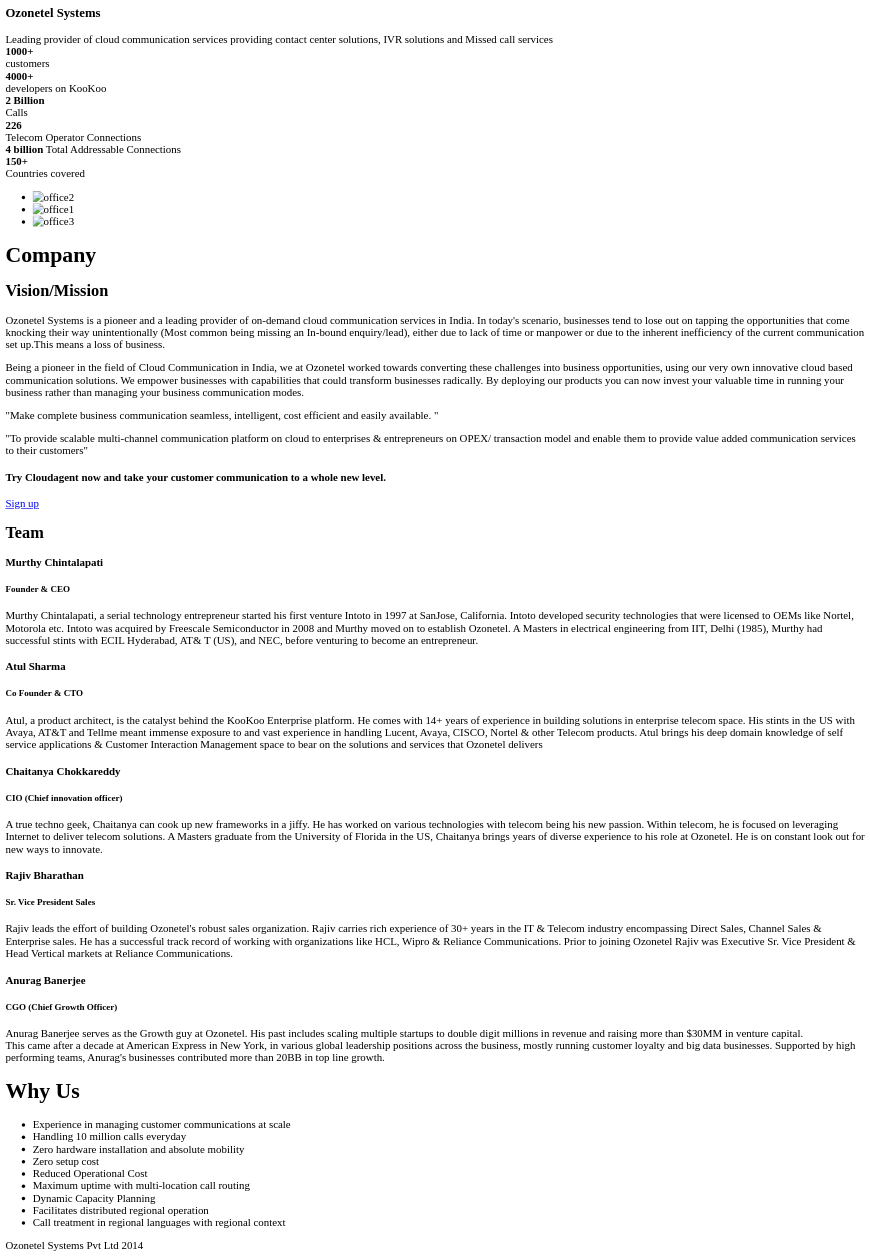
Repository: ashutosh238/ozonetelblogsite
Page: OzonetelBlogSiteFrontEnd/Web/c_aboutUs/AboutUs.html
These files come from the project's save history. The page is drawn as it stood at one moment and after the next save; the edit follows.
The browser window is 1280 px wide. The pictures show the whole page, at 68% of full size.

Above is the page before, as saved 2019-01-08 11:01:29.
Not found: OzonetelBlogSiteFrontEnd/Web/c_aboutUs/images/ozooffice1.png
Not found: OzonetelBlogSiteFrontEnd/Web/c_aboutUs/images/ozooffice2.png
Not found: OzonetelBlogSiteFrontEnd/Web/c_aboutUs/images/ozooffice3.png

### OzonetelBlogSiteFrontEnd/Web/c_aboutUs/AboutUs.html
<div id="slider">
		<div class="container">
			<div class="row header">
				<div class="col-md-12">
					<h3>Ozonetel Systems</h3>
					<div>
						Leading provider of cloud communication services providing contact center solutions, IVR solutions and Missed call services
					</div>

				</div>
			</div>
			<div id="info">
				<div class="row stats">
					<div class="col-sm-2">
						<strong>1000+</strong><br/>
						customers
					</div>
					<div class="col-sm-2">
						<strong>4000+</strong><br/>
						developers on KooKoo
					</div>
					<div class="col-sm-2">
						<strong>2 Billion</strong><br/>
						Calls
					</div>
					<div class="col-sm-2">
						<strong>226</strong><br/>
						Telecom Operator Connections
					</div>
					<div class="col-sm-2">
						<strong>4 billion</strong>
						 Total Addressable Connections
					</div>
					<div class="col-sm-2">
						<strong>150+</strong>
						<br/>Countries covered</div>
				</div>
			</div>
			<div class="row">
				<div class="col-md-12">
					<div class="flexslider">
					  	<ul class="slides">
						    <li>
						      	<img src="images/ozooffice2.png" alt="office2" />
						    </li>
						    <li>
						      	<img src="images/ozooffice1.png" alt="office1" />
						    </li>
						    <li>
						      	<img src="images/ozooffice3.png" alt="office3" />
						    </li>
					  	</ul>
					</div>
				</div>
			</div>
		</div>
	</div>

	<div id="info">
		<div class="container">
			<div class="row">
				<div class="col-md-6">
					<h1>Company</h1>
				</div>
				<div class="col-md-6">
					<h2>Vision/Mission</h2>
				</div>
			</div>
			<div class="row">
				<div class="col-md-6">
					<p>
						Ozonetel Systems is a pioneer and a leading provider of on-demand cloud communication services in India.
						In today's scenario, businesses tend to lose out on tapping the opportunities that come knocking their
						way unintentionally (Most common being missing an In-bound enquiry/lead),
						either due to lack of time or manpower or due to the inherent inefficiency of the current
						communication set up.This means a loss of business.
					</p>
					<p>
						Being a pioneer in the field of Cloud Communication in India,
						we at Ozonetel worked towards converting these challenges into business opportunities,
						using our very own innovative cloud based communication solutions.
						We empower businesses with capabilities that could transform businesses radically.
						By deploying our products you can now invest your valuable time in running your business rather
						than managing your business communication modes.
					</p>
				</div>
				<div class="col-md-6">
					<!--<p>Vision</p>-->
					<p>
						"Make complete business communication seamless,
 intelligent, cost efficient and easily available.
"
					</p>
					<!--<p>Mission</p>-->
					<p>"To provide scalable multi-channel
						communication platform on cloud to
						enterprises &
						entrepreneurs on OPEX/
						transaction model and enable
						them to provide value
						added communication services to their
						customers"
					</p>
					<!--<a href="aboutus.html#" class="join-team button button-small">Join our team</a>-->
				</div>
			</div>


			<div id="cta">
				<div class="container">
					<div class="row">
						<div class="col-md-12">
							<div class="wrapper clearfix">
								<h4>Try Cloudagent now and take your customer communication to a whole new level.</h4>
								<a href="signup.html" class="button button-small">Sign up</a>
							</div>
						</div>
					</div>
				</div>
			</div>

			<div class="row team">
				<!--<div class="col-md-12 team-row">
					<img src="images/testimonials/testimonial1.jpg" data-toggle="tooltip" title="Eric Smith - CEO" alt="testimonial" />
					<img src="images/testimonials/testimonial2.jpg" data-toggle="tooltip" title="Rachel Dawes - PM" alt="testimonial" />
					<img src="images/testimonials/testimonial3.jpg" data-toggle="tooltip" title="Henry Hill - Developer" alt="testimonial" />
					<img src="images/testimonials/testimonial4.jpg" data-toggle="tooltip" title="Ana Rich - Designer" alt="testimonial" />
					<img src="images/testimonials/testimonial7.jpg" data-toggle="tooltip" title="Jessica Welch - Designer" alt="testimonial" />
					<img src="images/testimonials/testimonial8.jpg" data-toggle="tooltip" title="Charly - iOS Developer" alt="testimonial" />
				</div>-->
				<div class="col-md-12 team-row">
					<!--<div class="col-md-12" style="background-image:linear-gradient(to bottom, #006DCC 1%, #064984 50%) !important">-->
					<div class="col-md-12">
						<h2>Team</h2>
					</div>
					<div class="col-md-6">
						<h4 class="text-primary">Murthy Chintalapati</h4>
						<h5 class="text-primary">Founder & CEO</h5>
						Murthy Chintalapati, a serial technology entrepreneur started his first venture Intoto in 1997 at
						SanJose, California. Intoto developed security technologies that were licensed to OEMs like Nortel, Motorola etc.
						Intoto was acquired by Freescale Semiconductor in 2008 and Murthy moved on to establish Ozonetel.
						A Masters in electrical engineering from IIT, Delhi (1985), Murthy had successful stints with ECIL Hyderabad,
						AT& T (US), and NEC, before venturing to become an entrepreneur.
					</div>
					<div class="col-md-6">
						<h4 class="text-primary">Atul Sharma</h4>
						<h5 class="text-primary">Co Founder & CTO</h5>
						Atul, a product architect, is the catalyst behind the KooKoo Enterprise platform.
						He comes with 14+ years of experience in building solutions in enterprise telecom space.
						His stints in the US with Avaya, AT&T and Tellme meant immense exposure to and vast experience
						in handling Lucent, Avaya, CISCO, Nortel & other Telecom products.
						Atul brings his deep domain knowledge of self service applications & Customer Interaction Management
						space to bear on the solutions and services that Ozonetel delivers
					</div>
					<div class="col-md-6">
						<h4 class="text-primary">Chaitanya Chokkareddy</h4>
						<h5 class="text-primary">CIO (Chief innovation officer)</h5>
						A true techno geek, Chaitanya can cook up new frameworks in a jiffy.
						He has worked on various technologies with telecom being his new passion.
						Within telecom, he is focused on leveraging Internet to deliver telecom solutions.
						A Masters graduate from the University of Florida in the US, Chaitanya brings years of diverse experience to
						his role at Ozonetel.
						He is on constant look out for new ways to innovate.
					</div>
					<div class="col-md-6">
						<h4 class="text-primary">Rajiv Bharathan</h4>
						<h5 class="text-primary">Sr. Vice President Sales</h5>
						Rajiv leads the effort of building Ozonetel's robust sales organization.
						Rajiv carries rich experience of 30+ years in the IT & Telecom industry encompassing Direct Sales,
						Channel Sales & Enterprise sales. He has a successful track record of working with organizations
						like HCL, Wipro & Reliance Communications. Prior to joining Ozonetel Rajiv was Executive
						Sr. Vice President & Head Vertical markets at Reliance Communications.
					</div>
					<div class="col-md-6">
						<h4 class="text-primary">Anurag Banerjee</h4>
						<h5 class="text-primary">CGO (Chief Growth Officer)</h5>
						Anurag Banerjee serves as the Growth guy at Ozonetel. His past includes scaling multiple startups to double digit millions in revenue and raising more than $30MM in venture capital.<br/>This came after a decade at American Express in New York, in various global leadership positions across the business, mostly running customer loyalty and big data businesses.  Supported by high performing teams,  Anurag's businesses contributed more than 20BB in top line growth.
					</div>
				</div>
			</div>

		</div>
	</div>


	<div id="info">
		<div class="container">
			<div class="row">
					<div class="col-md-12">
						<h1>Why Us</h1>
					</div>
			</div>
			<div class="row">
				<div class="col-md-12">
						<ul>
							<li>Experience in managing customer communications at scale</li>
							<li>Handling 10 million calls everyday</li>
							<li>Zero hardware installation and absolute mobility</li>
							<li>Zero setup cost</li>
							<li>Reduced Operational Cost</li>
							<li>Maximum uptime with multi-location call routing</li>
							<li>Dynamic Capacity Planning</li>
							<li>Facilitates distributed regional operation</li>
							<li>Call treatment in regional languages with regional context</li>
						</ul>
				</div>
			</div>
		</div>
	</div>

	<div id="footer">
		<div class="container">
			<div class="row">
				<div class="col-sm-3 copyright">
					Ozonetel Systems Pvt Ltd 2014
				</div>

				</div>
			</div>
		</div>
	</div>

After the next save:
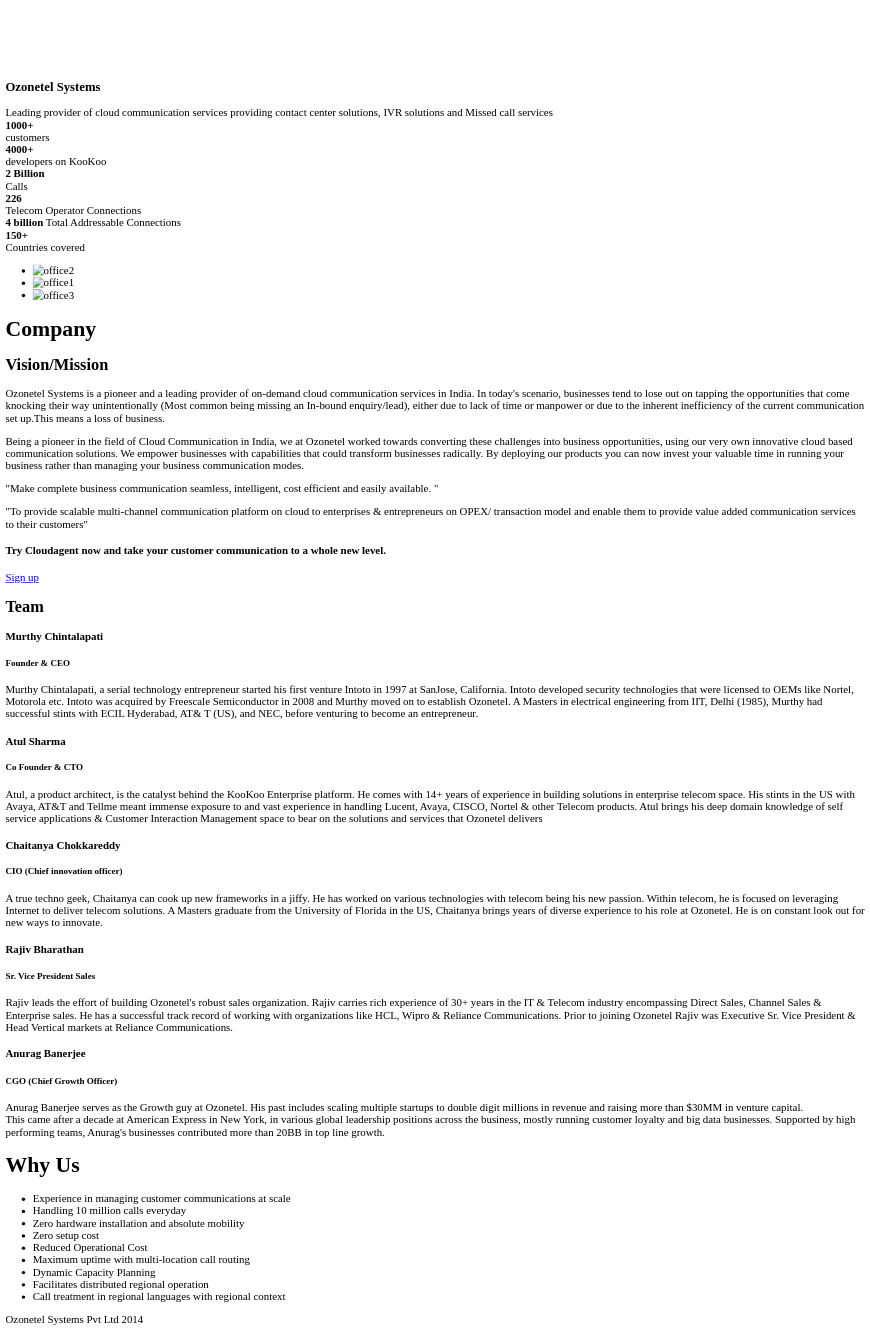
Saved 47 s later.
--- a/OzonetelBlogSiteFrontEnd/Web/c_aboutUs/AboutUs.html
+++ b/OzonetelBlogSiteFrontEnd/Web/c_aboutUs/AboutUs.html
@@ -2,7 +2,9 @@
 		<div class="container">
 			<div class="row header">
 				<div class="col-md-12">
-					<h3>Ozonetel Systems</h3>
+				<br>
+				<br><br>
+<br>	<br>				<h3>Ozonetel Systems</h3>
 					<div>
 						Leading provider of cloud communication services providing contact center solutions, IVR solutions and Missed call services
 					</div>
